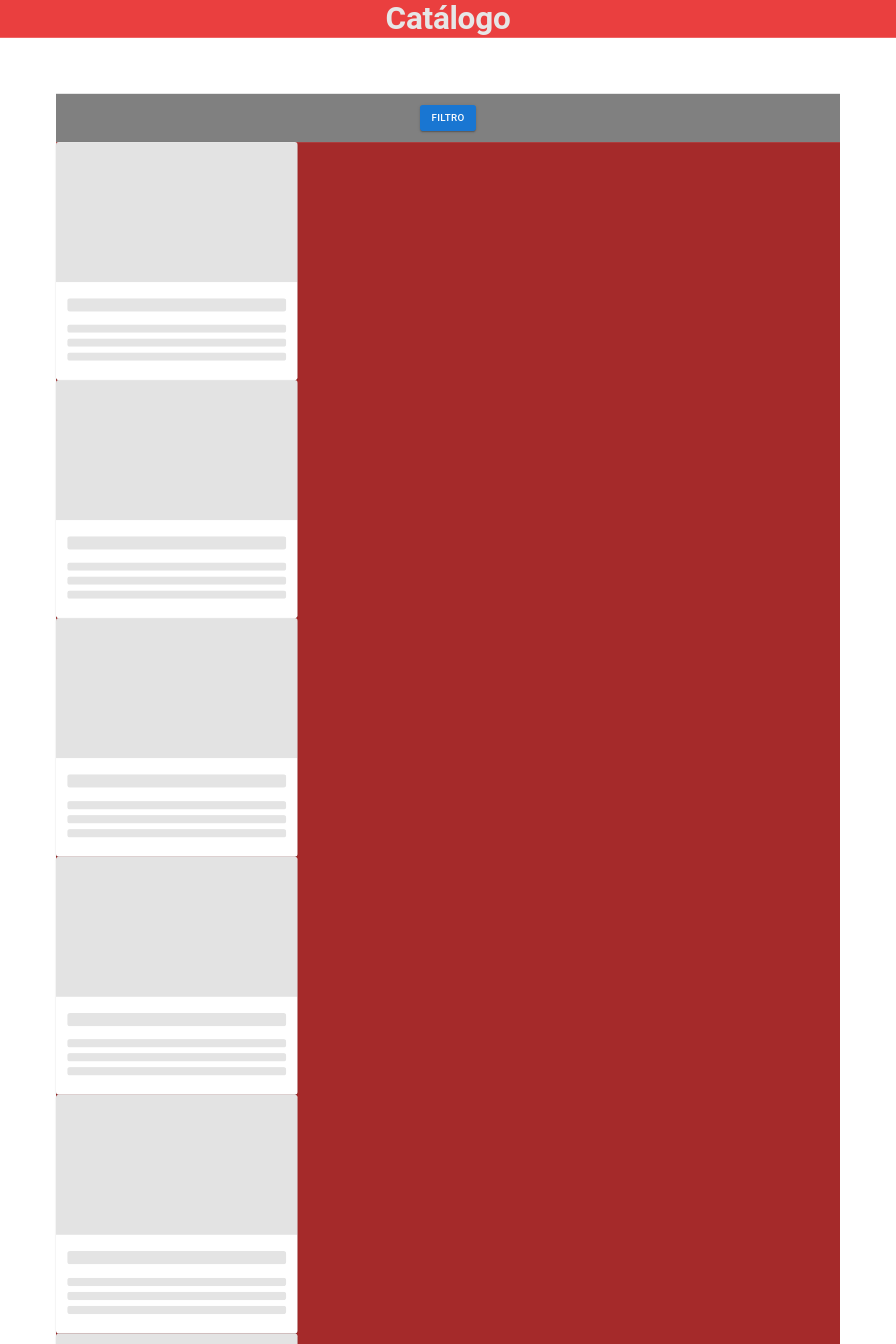
Repository: lenx0/PokeWiki-Front
Page: /
These files come from the project's save history. The page is drawn as it stood at one moment and after the next save; the edit follows.
The browser window is 1280 px wide. The pictures show the part of the page from y = 0 to 1920 px (the page is 4456 px tall before and 4296 px after), at 70% of full size.
The page's requests for data from a server got no answer. The project was rebuilt for these pictures with package versions that can differ from the ones it lists, and the page was loaded fresh each time. The framework's server and built-in components were replaced by stand-ins that run in the browser. No one was signed in, and anything a server would have sent is missing. Also part of the build but not shown: next.config.mjs.

Above is the page before, as saved 2024-02-17 12:26:03.

### src/app/layout.js
import { Inter } from "next/font/google";
import "./globals.css";

const inter = Inter({ subsets: ["latin"] });

export default function RootLayout({ children }) {
  return (
    <html lang="en">
      <body className={inter.className}>{children}</body>
    </html>
  );
}

### src/app/page.js
'use client'
import PokemonList from "./pages/PokemonList/page";

export default function Home() {
  return (
    <PokemonList />
  );
}

### src/app/pages/PokemonList/page.jsx
import { Box, Grid, Typography } from "@mui/material";

import Cards from "@/app/components/Cards";

export default function PokemonList() {
  return (
    <>
      <Grid
        item
        backgroundColor="#e93232ee"
        textAlign="center"
      >
        <Typography variant="h2" fontSize={45} fontWeight={700} color="#e6e6e6">
          Catálogo
        </Typography>
      </Grid>
      <Grid container padding={10}>
        <Cards />
      </Grid>
    </>
  );
}

### src/app/components/Cards/index.jsx
"use client";
import React, { useEffect, useState } from "react";
import {
  Card,
  CardContent,
  Typography,
  Grid,
  CardMedia,
  Box,
  Button,
} from "@mui/material";

import PokemonService from "@/services/PokemonService";
import { capitalizeFirstLetter } from "@/services/utils/CapitalizeFirstLetter";
import PokemonCardSkeleton from "../Skeleton";
import Pagination from "../Pagination";

export default function Cards() {
  const [pokemonList, setPokemonList] = useState([]);
  const [loading, setLoading] = useState(true);
  const [page, setPage] = useState(1);
  const [totalPages, setTotalPages] = useState(0);
  const [itemsPerPage, setItemsPerPage] = useState(12);

  useEffect(() => {
    async function getPokemon() {
      setLoading(true);

      const limit = itemsPerPage;
      const offset = (page - 1) * itemsPerPage;
      const pokemonListResponse = await PokemonService.getPokemon(
        limit,
        offset
      );
      const totalPokemon = pokemonListResponse.count;
      setTotalPages(Math.ceil(totalPokemon / itemsPerPage));

      const pokemonUrls = pokemonListResponse.results.map(
        (pokemon) => pokemon.url
      );
      const detailedPokemonList = await Promise.all(
        pokemonUrls.map(async (url) => {
          const pokemonDetailsResponse = await PokemonService.getPokemonDetails(
            url
          );
          return pokemonDetailsResponse;
        })
      );
      setPokemonList(detailedPokemonList);
      setLoading(false);
    }
    getPokemon();
  }, [page, itemsPerPage]);

  return (
    <>
      <Grid container py={2} justifyContent="center" backgroundColor="grey" >
        <Grid item>
          <Button variant="contained">Filtro</Button>
        </Grid>
      </Grid>
      <Grid container xl={12} lg={12} backgroundColor="brown" justifyContent="center">
        {(loading || pokemonList.length === 0) &&
          Array.from({ length: itemsPerPage }).map((_, index) => (
            <Grid item xl={12} lg={12} xs={12} sm={6} md={4} key={index}>
              <PokemonCardSkeleton />
            </Grid>
          ))}
        {!loading &&
          pokemonList.map((pokemon, index) => (
            <Grid item xs={12} sm={6} md={4} lg={4} xl={2} key={index}>
              <Card
                sx={{
                  maxWidth: 245,
                  border: "none",
                  boxShadow: "2px 4px 8px 8px rgba(0,0,0,0.2)",
                }}
              >
                <CardMedia
                  component="img"
                  height="auto"
                  image={
                    pokemon.sprites.other["official-artwork"].front_default
                  }
                  alt={pokemon.name}
                />
                <CardContent>
                  <Box textAlign="center">
                    <Typography
                      gutterBottom
                      variant="h5"
                      fontWeight="700"
                      component="div"
                    >
                      {capitalizeFirstLetter(pokemon.name)}
                    </Typography>
                    <Typography variant="body2" color="text.secondary">
                      Número: {pokemon.order}
                    </Typography>
                    <Typography variant="body2" color="text.secondary">
                      Altura: {pokemon.height}
                    </Typography>
                    <Typography variant="body2" color="text.secondary">
                      Peso: {pokemon.weight}
                    </Typography>
                  </Box>
                </CardContent>
              </Card>
            </Grid>
          ))}
        <Grid item lg={12} xs={12}>
          <Pagination
            page={page}
            totalPages={totalPages}
            setPage={setPage}
            itemsPerPage={itemsPerPage}
            setItemsPerPage={setItemsPerPage}
          />
        </Grid>
      </Grid>
    </>
  );
}

### src/services/PokemonService.js
import HttpClient from "./utils/HttpClient";

class PokemonService {
  async getPokemon(limit, offset) {
    const url = `${process.env.NEXT_PUBLIC_API_BASE}?limit=${limit}&offset=${offset}`;
    const response = await HttpClient.getData(url);
    return response;
  }

  async getPokemonDetails(url) {
    const response = await HttpClient.getData(url);
    return response;
  }
}

export default new PokemonService();

### src/services/utils/CapitalizeFirstLetter.js
export function capitalizeFirstLetter(string) {
    return string.charAt(0).toUpperCase() + string.slice(1);
  }

### src/app/components/Skeleton/index.jsx
import React from "react";
import { Card, CardContent, Typography, Skeleton } from "@mui/material";

export default function PokemonCardSkeleton() {
  return (
    <Card sx={{ maxWidth: 345, border: "none" }}>
      <Skeleton variant="rectangular" width="100%" height={200} />
      <CardContent>
        <Typography gutterBottom variant="h5" component="div">
          <Skeleton />
        </Typography>
        <Typography variant="body2" color="text.secondary">
          <Skeleton />
        </Typography>
        <Typography variant="body2" color="text.secondary">
          <Skeleton />
        </Typography>
        <Typography variant="body2" color="text.secondary">
          <Skeleton />
        </Typography>
      </CardContent>
    </Card>
  );
}

### src/app/components/Pagination/index.jsx
import { Box, Button, MenuItem, Select, Typography } from "@mui/material";

const Pagination = ({
  page,
  totalPages,
  itemsPerPage,
  setPage,
  setItemsPerPage,
}) => {

  const nextPage = () => {
    setPage(page + 1);
  };

  const prevPage = () => {
    setPage(page - 1);
  };

  const goToFirstPage = () => {
    setPage(1);
  };

  const goToLastPage = () => {
    setPage(totalPages);
  };

  const handleChangeItemsPerPage = (event) => {
    const newItemsPerPage = parseInt(event.target.value);
    setItemsPerPage(newItemsPerPage);
    setPage(1);
  };

  return (
    <Box
      mt={4}
      gap={1}
      display="flex"
      justifyContent="center"
      alignItems="center"
    >
      <Button variant="contained" onClick={goToFirstPage} disabled={page === 1}>
        Primeira
      </Button>
      <Button variant="contained" onClick={prevPage} disabled={page === 1}>
        Anterior
      </Button>
      <Typography variant="body1">
        Página {page} de {totalPages}
      </Typography>
      <Button
        variant="contained"
        onClick={nextPage}
        disabled={page === totalPages}
      >
        Próxima
      </Button>
      <Button
        variant="contained"
        onClick={goToLastPage}
        disabled={page === totalPages}
      >
        Última
      </Button>
      <Select
        value={itemsPerPage}
        onChange={handleChangeItemsPerPage}
        label="Itens por página"
        variant="outlined"
        style={{ marginLeft: 10 }}
      >
        <MenuItem value={6}>6</MenuItem>
        <MenuItem value={12}>12</MenuItem>
        <MenuItem value={24}>24</MenuItem>
        <MenuItem value={48}>48</MenuItem>
      </Select>
    </Box>
  );
};

export default Pagination;

### src/services/utils/HttpClient.js
class HttpClient {
  async getData(url, filter) {
    try {
      const queryParams = new URLSearchParams({
        filter,
        option: {},
        page: 1,
        pageSize: 1000
      });
      const urlWithParams = `${url}?${queryParams.toString()}`;

      const response = await fetch(urlWithParams);

      if (!response.ok) {
        throw new Error(`Erro ao obter os dados: ${response.status}`);
      }

      return response.json();
    } catch (error) {
      console.error('Erro ao realizar a requisição:', error);
      throw error;
    }
  }

  async getDataDetails(url, filter) {
    try {
      let raw = JSON.stringify({
        filter,
        option: {},
        page: 1,
        pageSize: 100
      })

      let requestOptions = {
        method: 'GET',
        body: raw,
        redirect: 'follow'
      }

      const response = await fetch(url, requestOptions);

      if (!response.ok) {
        throw new Error(`Erro ao obter os detalhes: ${response.status}`);
      }

      return response.json();
    } catch (error) {
      console.error('Erro ao realizar a requisição:', error);
      throw error;
    }
  }
}

export default new HttpClient();

Loaded but not shown: src/app/globals.css (common file)

After the next save:
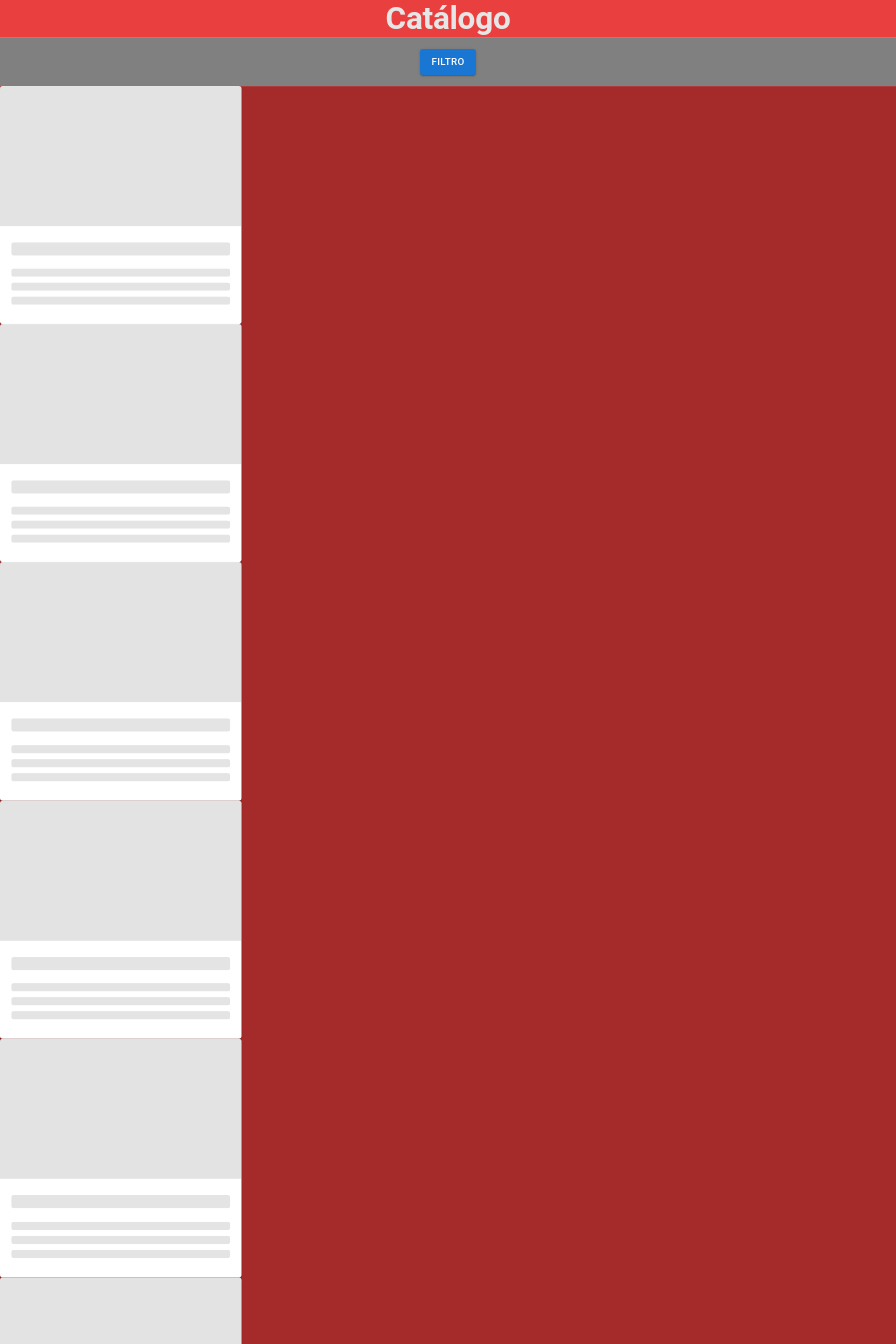
Saved 31 s later.
--- a/src/app/pages/PokemonList/page.jsx
+++ b/src/app/pages/PokemonList/page.jsx
@@ -14,9 +14,7 @@
           Catálogo
         </Typography>
       </Grid>
-      <Grid container padding={10}>
         <Cards />
-      </Grid>
     </>
   );
 }

After the save that followed:
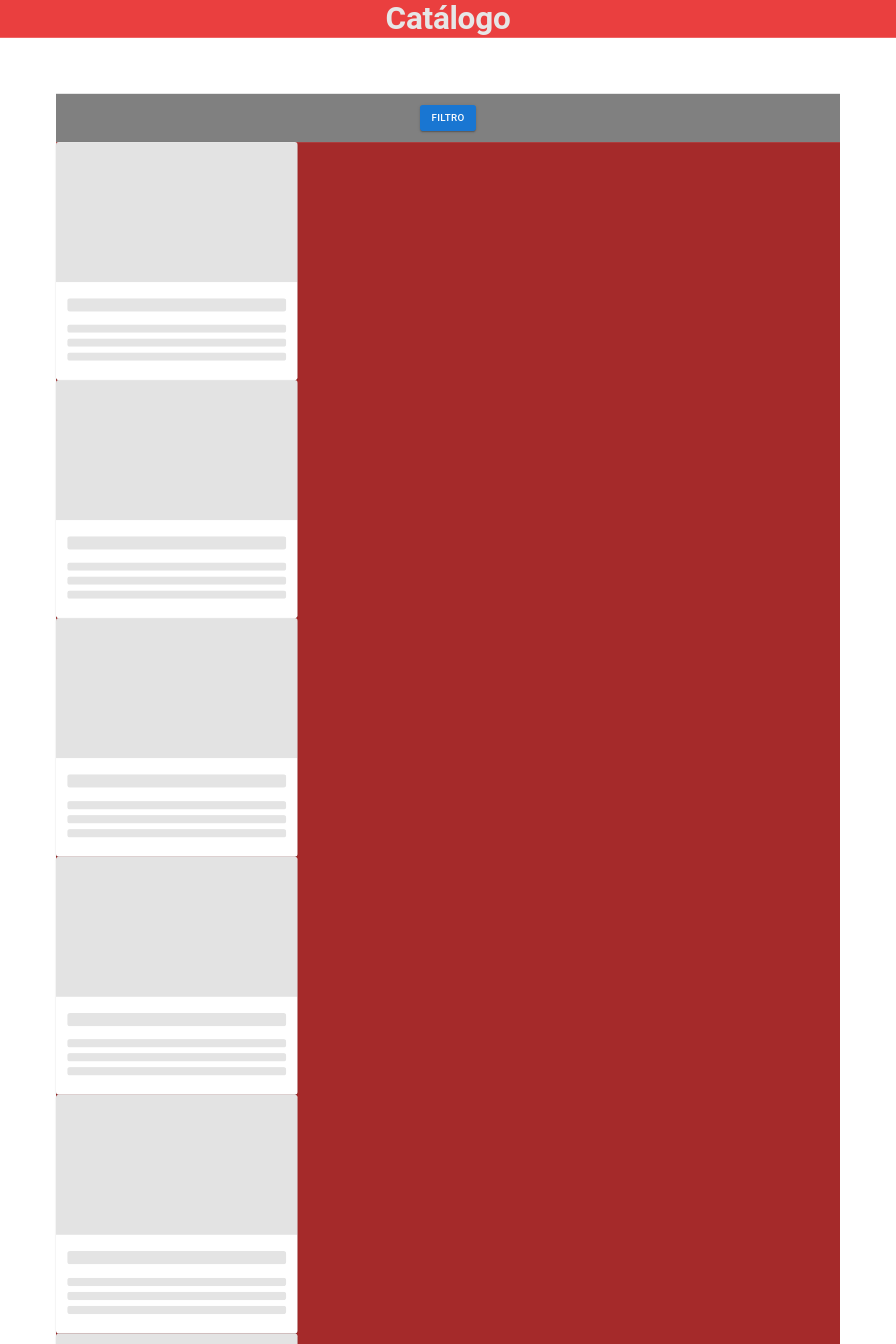
Saved 9 s later.
--- a/src/app/pages/PokemonList/page.jsx
+++ b/src/app/pages/PokemonList/page.jsx
@@ -14,7 +14,9 @@
           Catálogo
         </Typography>
       </Grid>
+      <Grid container padding={10}>
         <Cards />
+      </Grid>
     </>
   );
 }
